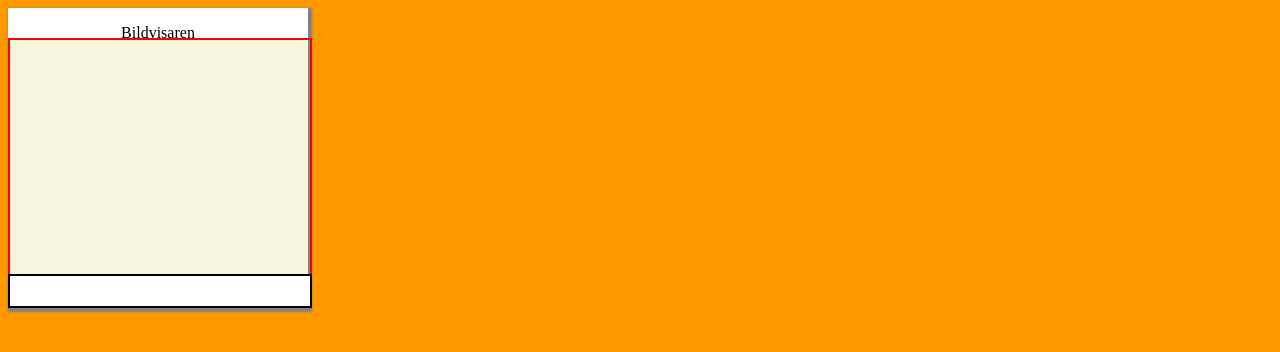
Repository: mi222ep/1dv403-laborationer
Page: 5-projektet/index.html
The author's editor kept a record of every edit. The page is drawn from the files as they stood at one moment, then again after the next edit.
The browser window is 1280 px wide. The pictures show the whole page.
The page's requests for data from a server got no answer.

Above is the page before.

After the next edit:
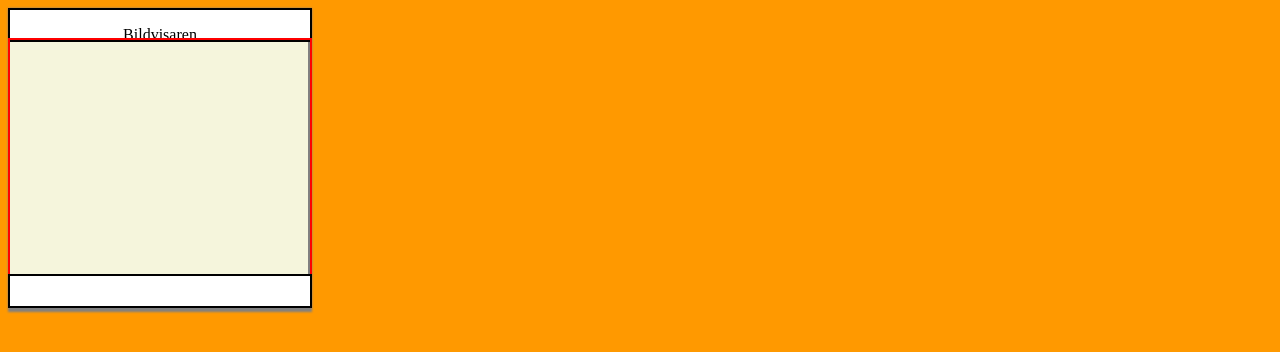
The edit:
--- a/5-projektet/css/style.css
+++ b/5-projektet/css/style.css
@@ -69,7 +69,7 @@
     position: absolute;
     top: 0;
     height: 30px;
-    float: left;
+    border: 2px solid black;
 }
 .content{
     width: 100%;
